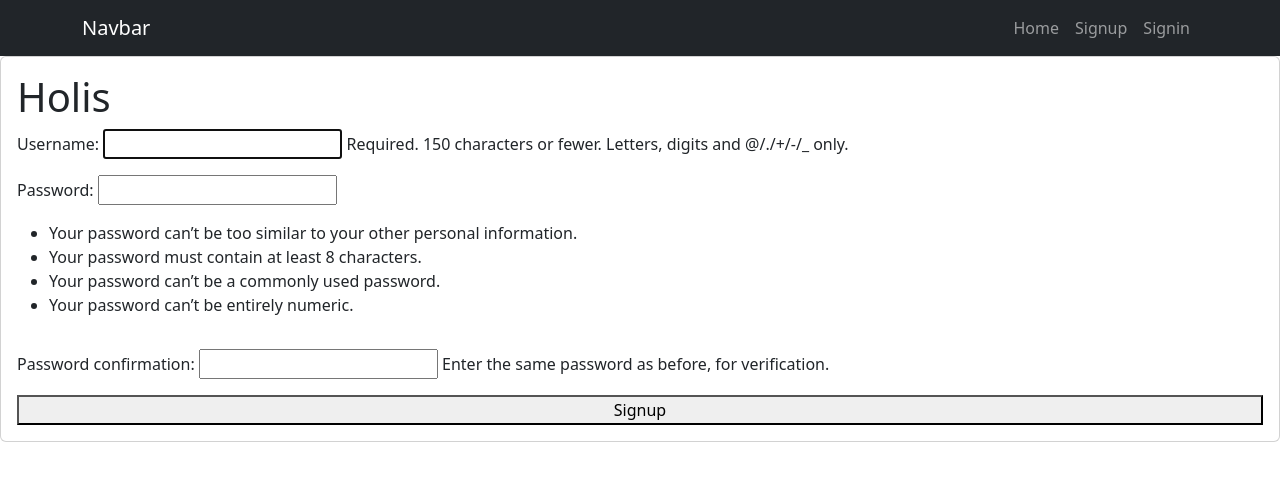
Repository: dbettancourt/django-auth-crud
Page: http://localhost/signup/
An editor plug-in stored every save of this project. The page is shown before and after the next save, followed by the edit.
The browser window is 1280 px wide. The pictures show the whole page.
The page is served by the project's application, run on Django 4.2 (manage.py).

Above is the page before, as saved 2023-06-06 10:39:24.

After the next save:
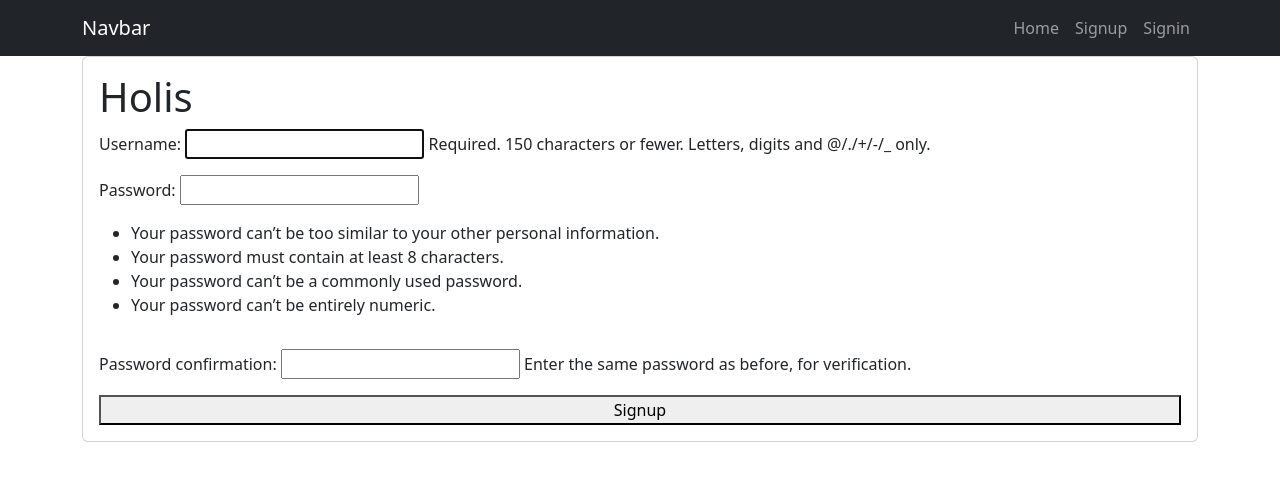
Saved 89 s later.
--- a/tasks/templates/signup.html
+++ b/tasks/templates/signup.html
@@ -2,17 +2,19 @@
 
 {% block content %}
 
+<main class="container">
+    <form method="POST" class="card card-body">
+        <h1>Holis</h1>
 
-<form method="POST" class="card card-body">
-    <h1>Holis</h1>
+        {{error}}
 
-    {{error}}
+        {% csrf_token %}
+        {{form.as_p}}
 
-    {% csrf_token %}
-    {{form.as_p}}
+        <button>
+            Signup
+        </button>
+    </forrm>
+</main>
 
-    <button>
-        Signup
-    </button>
-</forrm>
 {% endblock %}
